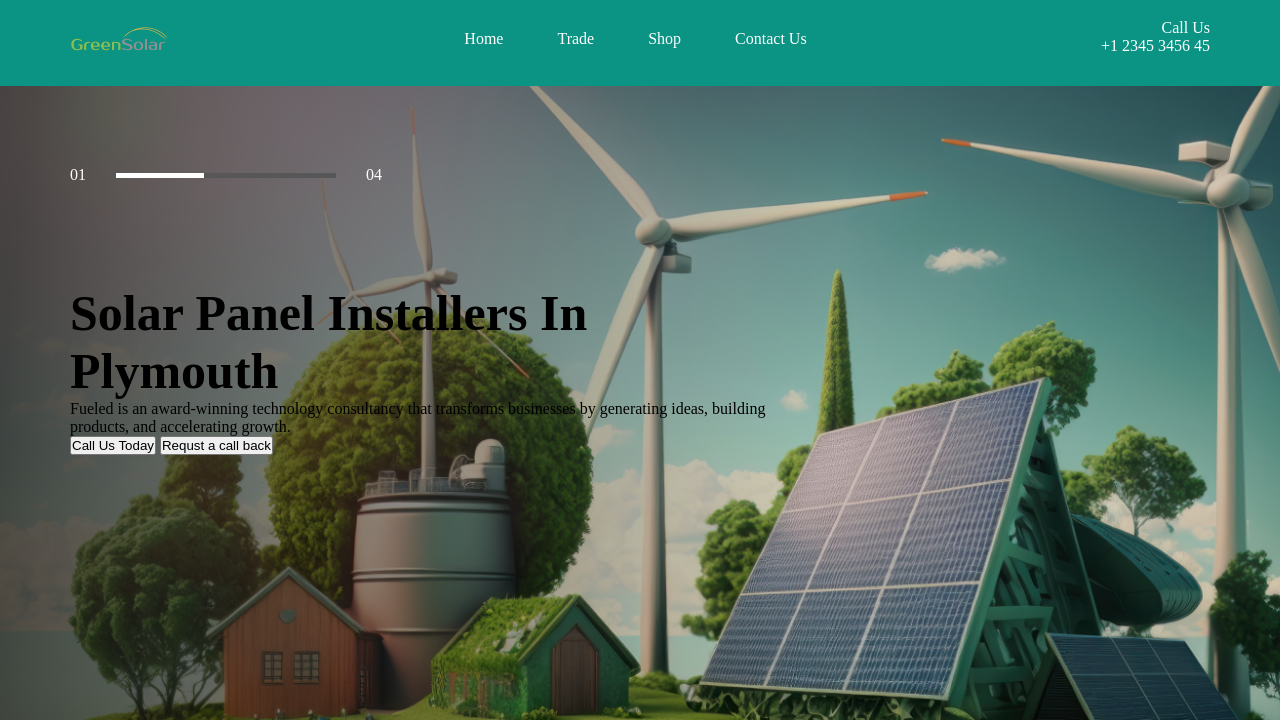
Repository: zeinawady/Solar-Company-Template
Page: index.html
These files come from the project's save history. The page is drawn as it stood at one moment and after a run of saves; the edit follows.
The browser window is 1280 px wide. The pictures show the whole page.

Above is the page before, as saved 2024-09-17 17:11:31.

### index.html
<!DOCTYPE html>
<html lang="en">

<head>
    <meta charset="UTF-8">
    <meta name="viewport" content="width=device-width, initial-scale=1.0">
    <title>Solar Company</title>
    <link rel="stylesheet" href="css/style.css">
    <link rel="stylesheet" href="css/all.min.css">
</head>

<body>
    <!-- start header -->
    <header>
        <div class="container">
            <img src="images/Logo.png" width="100" alt="logo" class="logo">
            <nav>
                <ul class="nav-links">
                    <li><a href="#">Home</a></li>
                    <li><a href="#">Trade</a></li>
                    <li><a href="#">Shop</a></li>
                    <li><a href="#">Contact Us</a></li>
                </ul>
            </nav>
            <div class="nav-info">
                <div>Call Us</div>
                <div>+1 2345 3456 45</div>

            </div>
            <div class="burger">
                <i class="fas fa-bars"></i>
                <ul class="navHover">
                    <li><a href="#">Home</a></li>
                    <li><a href="#">Trade</a></li>
                    <li><a href="#">Shop</a></li>
                    <li><a href="#">Contact Us</a></li>
                </ul>

            </div>
        </div>
    </header>

    <!-- end header -->

    <!-- start landing -->
    <div class="landing">
        <div class="container">
            <div class="progress-container">
                <span>01</span>
                <progress value="40" max="100"></progress>
                <span>04</span>
            </div>
            <div class="landing-text">
                <h1 class="main-text">Solar Panel Installers In Plymouth</h1>
                <div class="sub-text">
                    Fueled is an award-winning technology consultancy that transforms businesses by generating ideas,
                    building products, and accelerating growth.
                </div>

                <div class="btn-container">
                    <button class="btn">Call Us Today</button>
                    <button class="btn yellow-bt">Requst a call back</button>
                </div>
            </div>
        </div>
    </div>
    <!-- end landing -->

</body>

</html>

### css/style.css
*{
    margin: 0;
    padding: 0;
    box-sizing: border-box;
}
html{
    scroll-behavior: smooth;
}
.container{
    padding-left: 15px;
    padding-right: 15px;
    margin: 0 auto;
    max-width: 1170px; /* Set a maximum width */
    width: 100%;
}
ul{
    list-style: none;
}
a{
    text-decoration: none;
}
:root{
    --main-color: hsla(173, 86%, 31%, 1);
    --secondary-color:hsla(42, 100%, 55%, 1);
    --font-color: hsla(221, 43%, 11%, 1);

}
@media (min-width:768px) {
    .container {
        width: 750px;
    }

}

@media (min-width:992px) {
    .container {
        width: 970px;
    }
}

@media (min-width:1200px) {
    .container {
        width: 1170px;
    }
}

/* start header */
header{
    background-color: var(--main-color);
height: 86px;
}
header .container{
    display: flex;
    justify-content: space-between;
    align-items: center;

}
.nav-links li{
    display: inline-block;
    padding: 30px 25px;

}
.nav-links li a{
    color: hsla(0, 0%, 100%, 1);
    transition: all 0.3s ease 0s;
}
.nav-info{
    color: hsla(0, 0%, 100%, 1);
padding-bottom: 5px;
display: flex;
flex-direction: column;
align-items: flex-end;
}
.burger{
    display: none;
    color: hsla(0, 0%, 100%, 1) ;
    font-size: 30px;
    cursor: pointer;
    position: relative;
}

@media (max-width:768px){
    .burger{
        display: block;
        padding-top: 24px;
        position: relative;
        z-index: 10;
    }
    .navHover , .nav-links {
        display: none;
    }
    .nav-info{
        display: none;
    }
    .burger:hover .navHover{
        display: block;
        position: absolute;
        top: 86px;
        right: 15px;
        background-color:rgb(255, 250, 244);
        z-index: 99;
        border-radius: 15px;
        padding: 20px;
        box-shadow: 0 4px 8px rgba(0, 0, 0, 0.1);
    }
}

/* end header */

/* start landing */

.landing{
    background-image: url(../images/solar-panels-meadow\ 1.png);
    background-size: cover;
    height: calc(100vh - 86px);
}
.landing .container{
    padding-top: 80px;

}
.progress-container{
    display: flex;
    align-items: center;
    padding-bottom: 100px;
}
.progress-container span{
    color: white;
font-weight: 500;


}
.progress-container span:first-child{
padding-right:30px;

}
.progress-container span:last-child{
    padding-left: 30px;
}
.progress-container progress{
   width: 220px;
   height: 5px;
   appearance: none;
}
progress::-webkit-progress-bar {
    background-color:hsla(0, 0%, 34%, 1);
}
progress::-webkit-progress-value {
    background-color:hsla(0, 0%, 100%, 1);
}

.landing-text{
    max-width: 729px;
}
h1{
    font-size: 50px;
}
/* end landing */

Loaded but not shown: css/all.min.css (library)

After the next 5 saves:
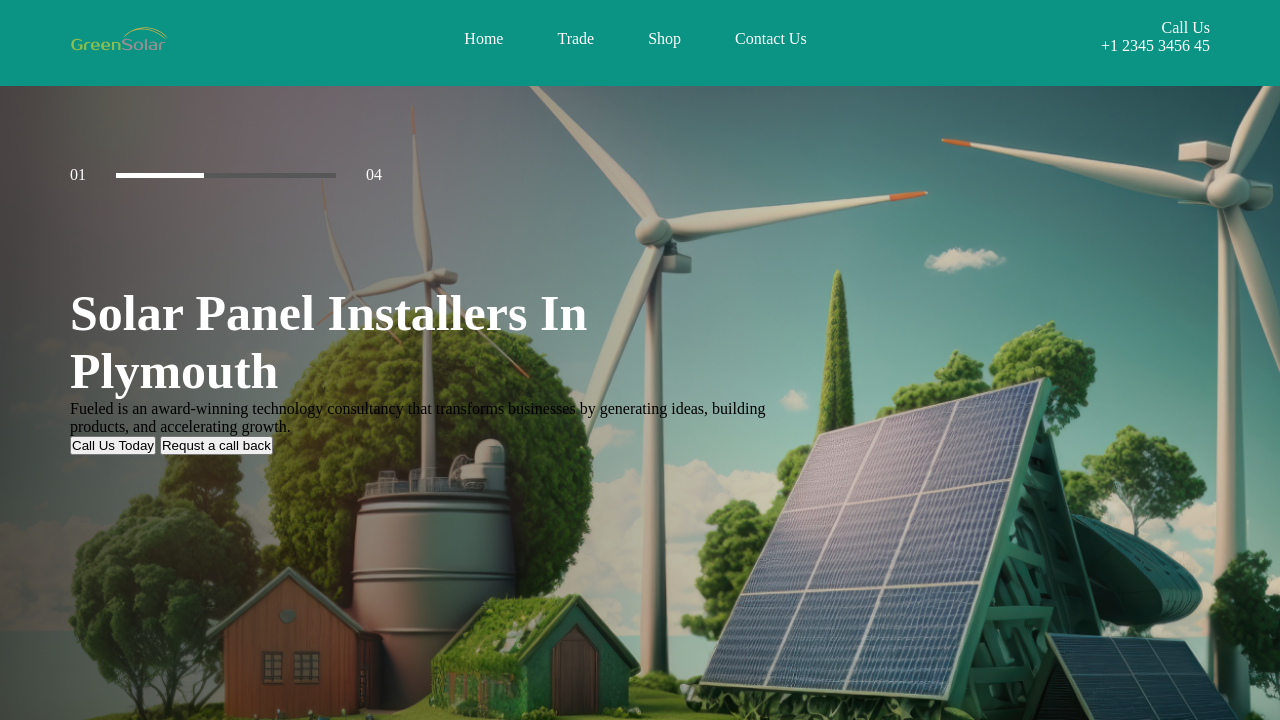
The 5 saves are shown as one change because they came seconds apart.
The last was saved 18 s later.
--- a/css/style.css
+++ b/css/style.css
@@ -153,5 +153,7 @@ progress::-webkit-progress-value {
 }
 h1{
     font-size: 50px;
+    color: white;
+    font-weight: 900;
 }
 /* end landing */
